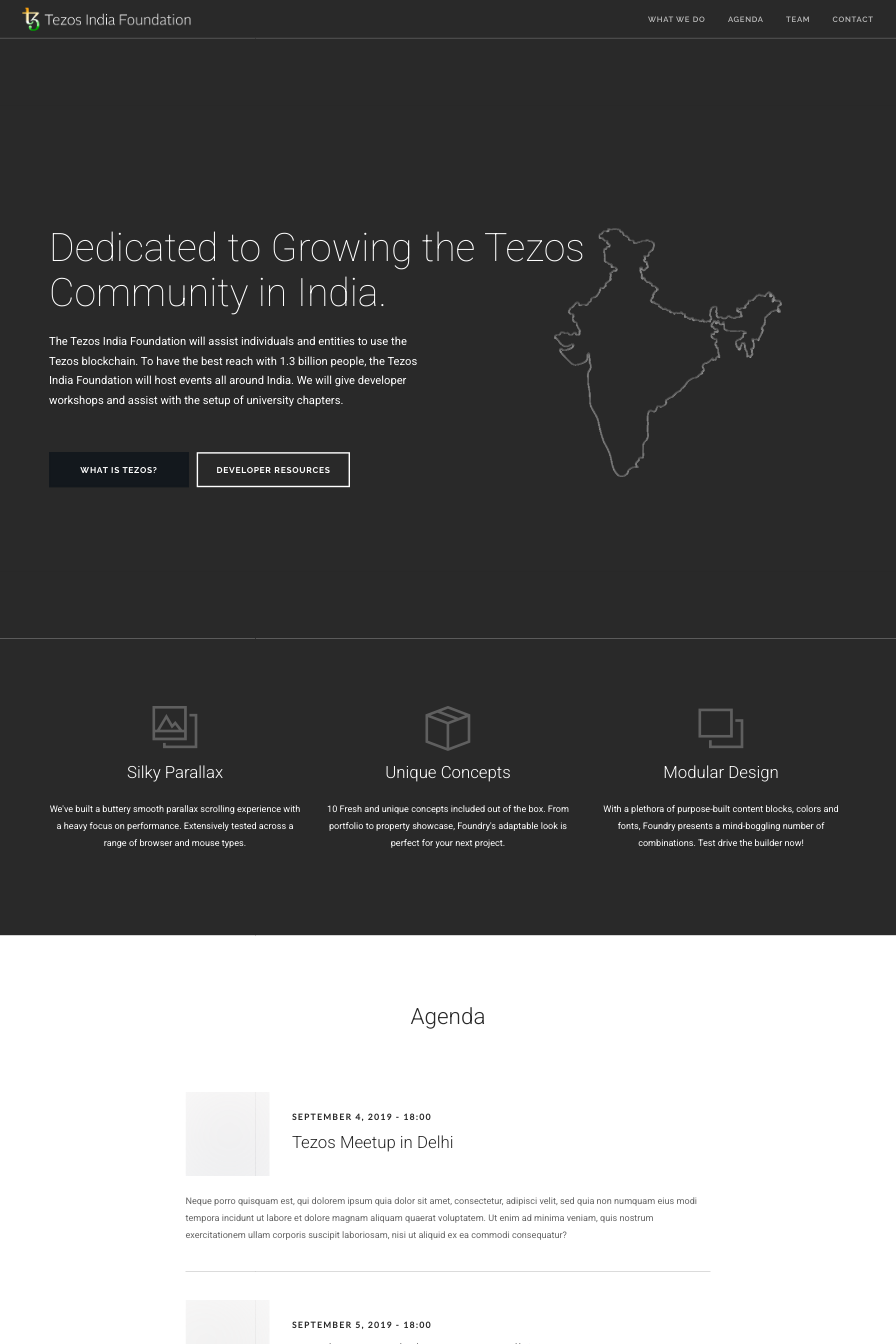
Repository: Tezos-India-Foundation/TIF-Website
Page: Tezos India Website/page.html
An editor plug-in stored every save of this project. The page is shown before and after the next save, followed by the edit.
The browser window is 1280 px wide. The pictures show the part of the page from y = 0 to 1920 px (the page is 3612 px tall), at 70% of full size.

Above is the page before, as saved 2019-08-09 13:57:47.

After the next save:
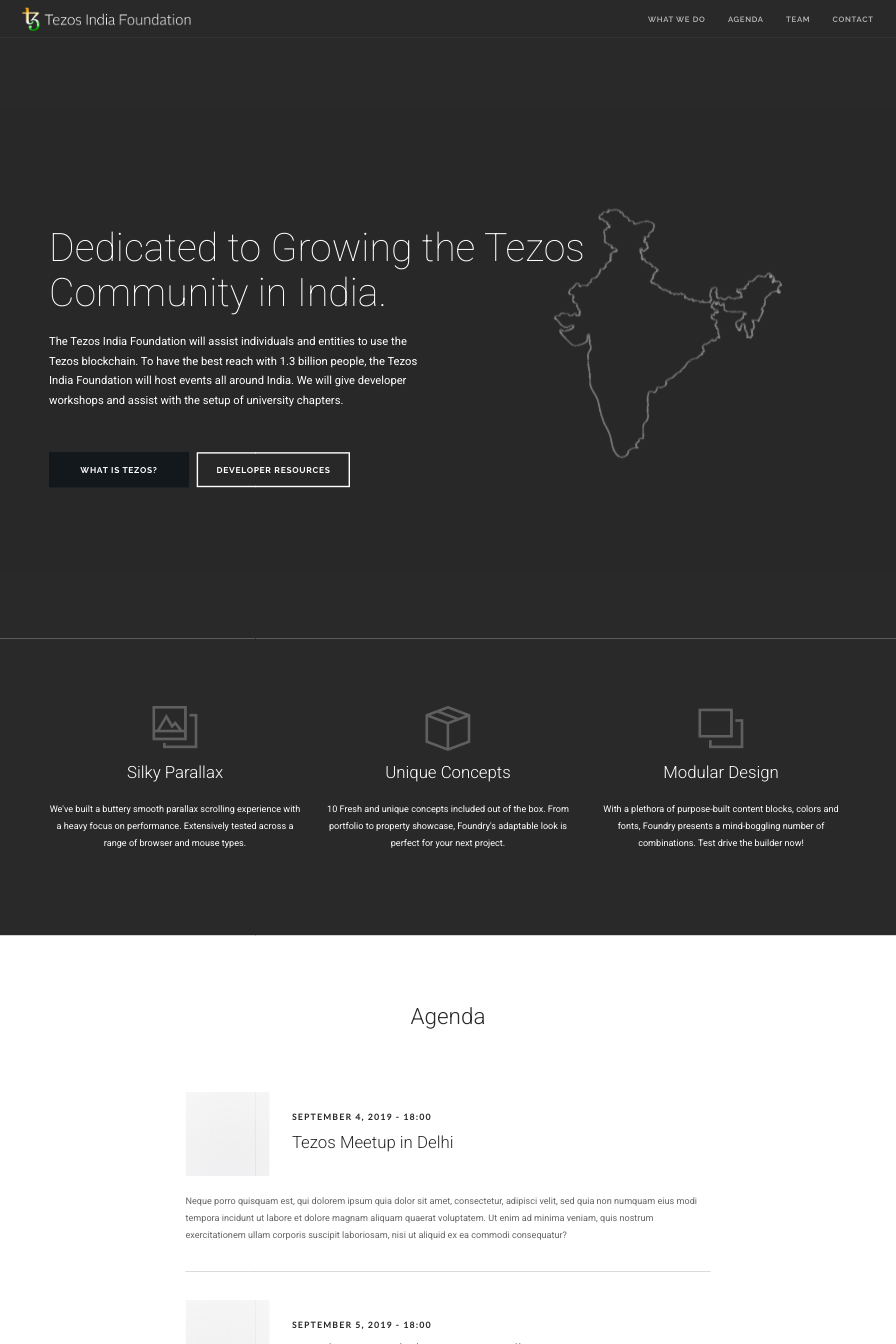
Saved 2 min 9 s later.
--- a/Tezos India Website/page.html
+++ b/Tezos India Website/page.html
@@ -86,7 +86,7 @@
 
 		</section> -->
 		<section class="bg-dark">
-				<section class="cover fullscreen image-bg overlay">
+				<section class="cover fullscreen image-bg overlay parallax">
 						<div class="background-image-holder">
 							<img alt="image" class="background-image" src="img/india-background.png">
 						</div>
